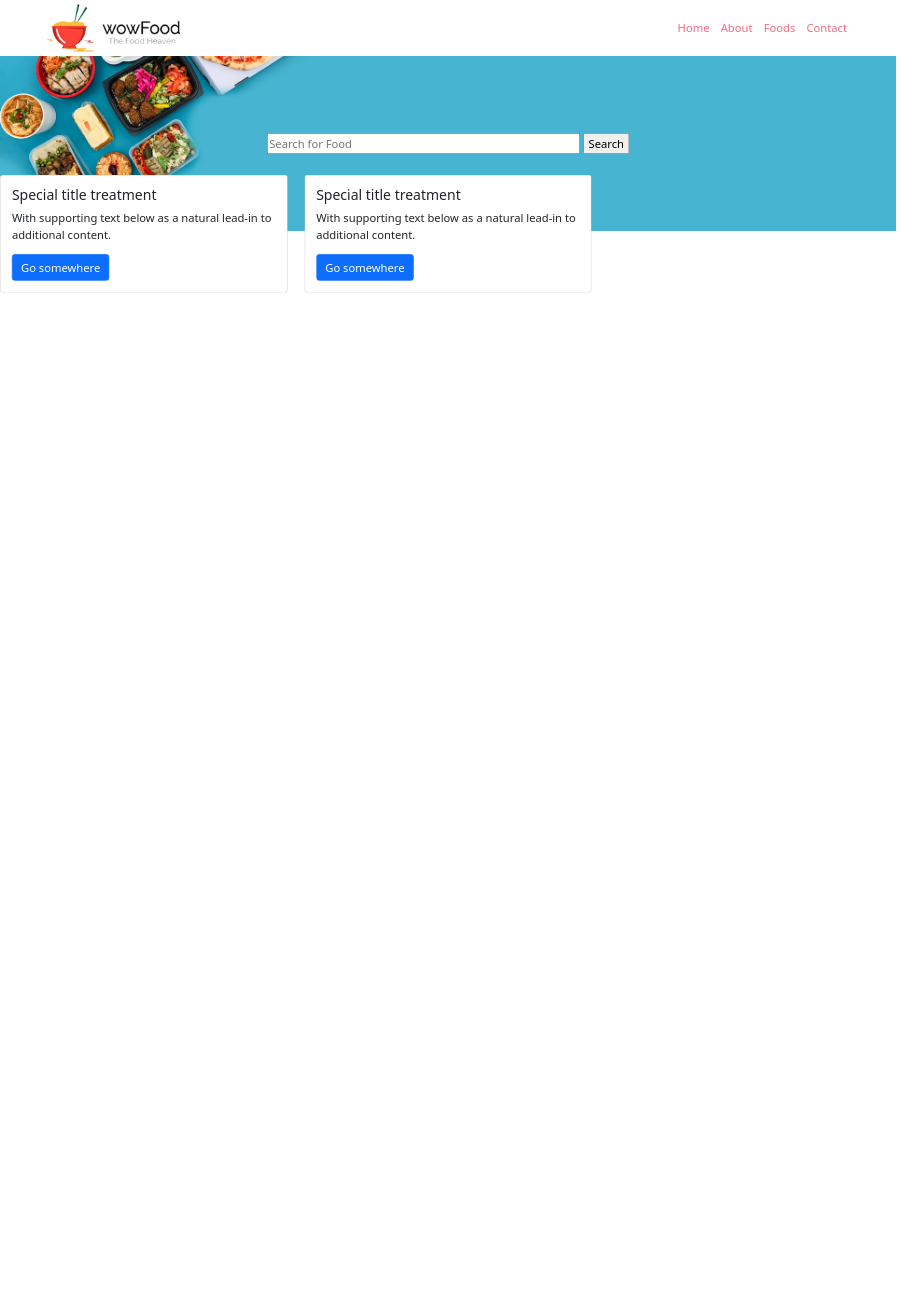
Repository: ruaruababa/RestaurantBS5
Page: html/index.html
An editor plug-in stored every save of this project. The page is shown before and after the next save, followed by the edit.
The browser window is 1280 px wide. The page is 1292 px wide, so the pictures cover 1292 px, including what lies to the right of the window. The pictures show the part of the page from y = 0 to 1880 px (the page is 3000 px tall), at 70% of full size.

Above is the page before, as saved 2021-09-25 17:02:42.

### html/index.html
<!DOCTYPE html>
<html lang="en">

<head>
    <meta charset="UTF-8" />
    <meta http-equiv="X-UA-Compatible" content="IE=edge" />
    <meta name="viewport" content="width=device-width, initial-scale=1.0" />
    <title>Document</title>
    <link href="https://cdn.jsdelivr.net/npm/bootstrap@5.1.1/dist/css/bootstrap.min.css" rel="stylesheet"
        integrity="sha384-F3w7mX95PdgyTmZZMECAngseQB83DfGTowi0iMjiWaeVhAn4FJkqJByhZMI3AhiU" crossorigin="anonymous" />
    <link rel="stylesheet" href="https://cdn.jsdelivr.net/npm/bootstrap-icons@1.5.0/font/bootstrap-icons.css" />
    <link rel="stylesheet" href="/css/style.css">
</head>

<body>
    <nav class="navbar navbar-expand-lg navbar-light bg-light nav-fixed">
        <div class="container-fluid ">
            <a class="navbar-brand" href="#">
                <img src="/img/logo.png" alt="">
            </a>
            <button class="navbar-toggler" type="button" data-bs-toggle="collapse"
                data-bs-target="#navbarSupportedContent" aria-controls="navbarSupportedContent" aria-expanded="false"
                aria-label="Toggle navigation">
                <span class="navbar-toggler-icon"></span>
            </button>
            <div class="collapse navbar-collapse" id="navbarSupportedContent">
                <ul class="navbar-nav ">
                    <li class="nav-item">
                        <a class="nav-link active nav-link-fixed" aria-current="page" href="#">Home</a>
                    </li>
                    <li class="nav-item">
                        <a class="nav-link active nav-link-fixed" aria-current="page" href="#">About</a>
                    </li>
                    <li class="nav-item">
                        <a class="nav-link active nav-link-fixed" aria-current="page" href="#">Foods</a>
                    </li>
                    <li class="nav-item">
                        <a class="nav-link active nav-link-fixed" aria-current="page" href="#">Contact</a>
                    </li>
                </ul>
            </div>
        </div>
    </nav>

    <!-- End navbar -->

    <section>
        <div class="container-section" style=" position: relative; top: 80px;">
            <img src="/img/bg.jpg" class="img-fluid" alt="Responsive image"
                style="height:250px; width:100%; object-fit: cover;">
            <form action="" class="form-search"
                style="width: 100%; position: absolute; top: 50%; transform: translateY(-50%); text-align: center;">
                <input type="text" placeholder="Search for Food" style="width:35%">
                <input type="button" value="Search">
            </form>
        </div>
    </section>

    <!-- end section background -->

    <section>
        <div class="row">
            <div class="col-sm-4">
                <div class="card">
                    <div class="card-body">
                        <h5 class="card-title">Special title treatment</h5>
                        <p class="card-text">With supporting text below as a natural lead-in to additional content.</p>
                        <a href="#" class="btn btn-primary">Go somewhere</a>
                    </div>
                </div>
            </div>
            <div class="col-sm-4">
                <div class="card">
                    <div class="card-body">
                        <h5 class="card-title">Special title treatment</h5>
                        <p class="card-text">With supporting text below as a natural lead-in to additional content.</p>
                        <a href="#" class="btn btn-primary">Go somewhere</a>
                    </div>
                </div>
            </div>
        </div>
    </section>

    <script src="https://cdn.jsdelivr.net/npm/bootstrap@5.1.1/dist/js/bootstrap.bundle.min.js"
        integrity="sha384-/bQdsTh/da6pkI1MST/rWKFNjaCP5gBSY4sEBT38Q/9RBh9AH40zEOg7Hlq2THRZ" crossorigin="anonymous">
    </script>
</body>

</html>

### css/style.css
body{
    height: 3000px!important;
}
.nav-fixed{
    background-color: white!important;
    padding: 0 50px;
    position: fixed;
    width: 100%;
    z-index: 1;
}
.navbar-collapse{
    justify-content: end;
}
.nav-link-fixed{
    text-align: center;
    color: #f56b81!important;
}

After the next save:
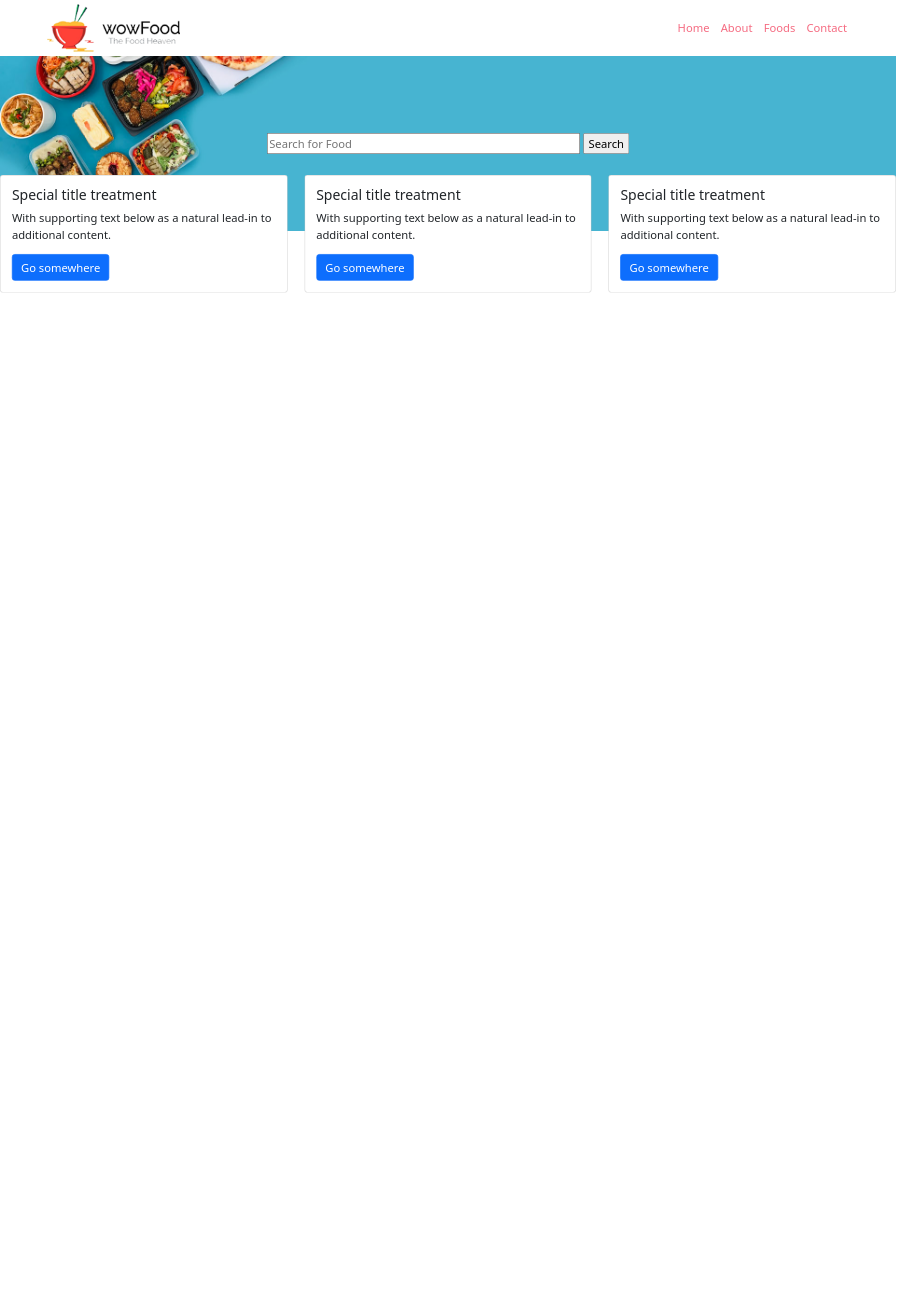
Saved 9 s later.
--- a/html/index.html
+++ b/html/index.html
@@ -78,6 +78,15 @@
                     </div>
                 </div>
             </div>
+            <div class="col-sm-4">
+                <div class="card">
+                    <div class="card-body">
+                        <h5 class="card-title">Special title treatment</h5>
+                        <p class="card-text">With supporting text below as a natural lead-in to additional content.</p>
+                        <a href="#" class="btn btn-primary">Go somewhere</a>
+                    </div>
+                </div>
+            </div>
         </div>
     </section>
 
